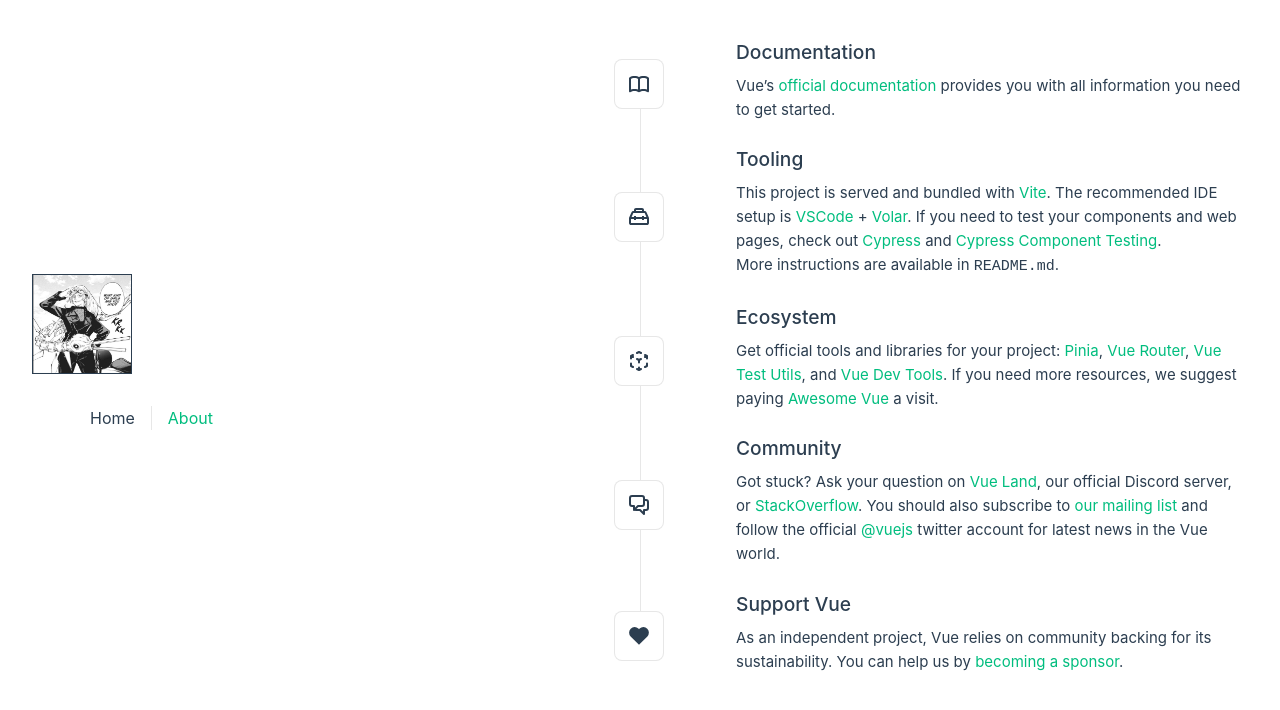
Repository: nlemuel/Vuestudy-project
Page: /
An editor plug-in stored every save of this project. The page is shown before and after the next save, followed by the edit.
The browser window is 1280 px wide. The pictures show the whole page.
The project was rebuilt for these pictures with package versions that can differ from the ones it lists, and the page was loaded fresh each time. Also part of the build but not shown: vite.config.ts.

Above is the page before, as saved 2023-11-07 23:32:54.

### src/main.ts
import './assets/main.css'

import { createApp } from 'vue'
import { createPinia } from 'pinia'

import App from './App.vue'
import router from './router'
import axios from 'axios'

axios.defaults.baseURL = 'https://8080-luccasantia-springbootp-fpmzglvku1x.ws-us106.gitpod.io/'

const app = createApp(App)

app.use(createPinia())
app.use(router)

app.mount('#app')

### src/App.vue
<script setup lang="ts">
import { RouterView } from 'vue-router'
</script>

<template>
  <header>


    <div class="wrapper">
      <HelloWorld msg="You did it!" />
      <img alt="logo" class="logo" src="@/assets/tsukumo.jpg" width="100vh" height="100vh" />
      <nav>
        <RouterLink to="/">Home</RouterLink>
        <RouterLink to="/about">About</RouterLink>
      </nav>
    </div>
  </header>

  <RouterView />
</template>

<style scoped>
header {
  line-height: 1.5;
  max-height: 100vh;
}

.logo {
  border: solid 1px;
  display: block;
  margin: 0 auto 2rem;
}

nav {
  width: 100%;
  font-size: 12px;
  text-align: center;
  margin-top: 2rem;
  display: flex;
  justify-content: center;
}

nav a.router-link-exact-active {
  color: var(--color-text);
}

nav a.router-link-exact-active:hover {
  background-color: transparent;
}

nav a {
  display: inline-block;
  padding: 0 1rem;
  border-left: 1px solid var(--color-border);
}

nav a:first-of-type {
  border: 0;
}

@media (min-width: 1024px) {
  header {
    display: flex;
    place-items: center;
    padding-right: calc(var(--section-gap) / 2);
  }

  .logo {
    margin: 0 2rem 0 0;
  }

  header .wrapper {
    display: flex;
    place-items: flex-start;
    flex-wrap: wrap;
  }

  nav {
    text-align: left;
    margin-left: -1rem;
    font-size: 1rem;

    padding: 1rem 0;
    margin-top: 1rem;
  }
}
</style>

Loaded but not shown: index.html (common file); src/assets/main.css (common file); src/router/index.ts (common file); src/assets/base.css (common file); src/views/HomeView.vue (common file); src/components/TheWelcome.vue (common file); src/components/WelcomeItem.vue (common file); src/components/icons/IconDocumentation.vue (common file); src/components/icons/IconTooling.vue (common file); src/components/icons/IconEcosystem.vue (common file); src/components/icons/IconCommunity.vue (common file); src/components/icons/IconSupport.vue (common file)

After the next save:
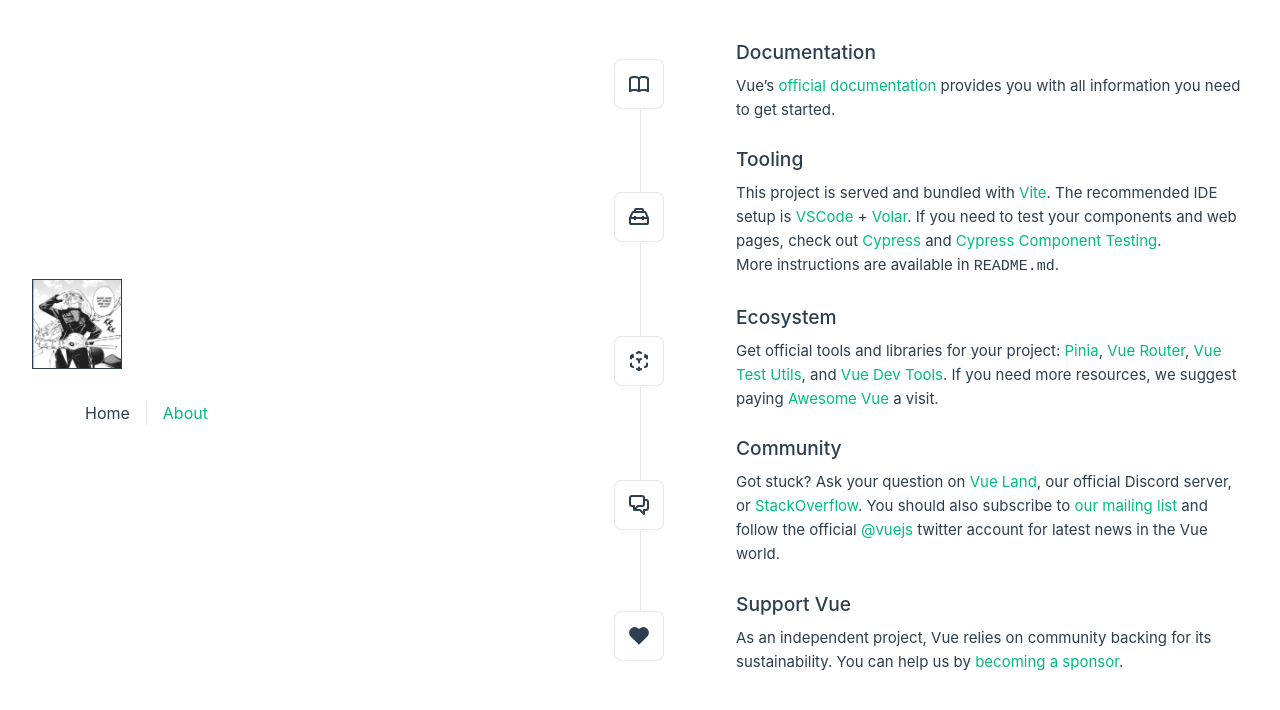
Saved 15 s later.
--- a/src/App.vue
+++ b/src/App.vue
@@ -8,7 +8,7 @@
 
     <div class="wrapper">
       <HelloWorld msg="You did it!" />
-      <img alt="logo" class="logo" src="@/assets/tsukumo.jpg" width="100vh" height="100vh" />
+      <img alt="logo" class="logo" src="@/assets/tsukumo.jpg" width="90vh" height="90vh" />
       <nav>
         <RouterLink to="/">Home</RouterLink>
         <RouterLink to="/about">About</RouterLink>
